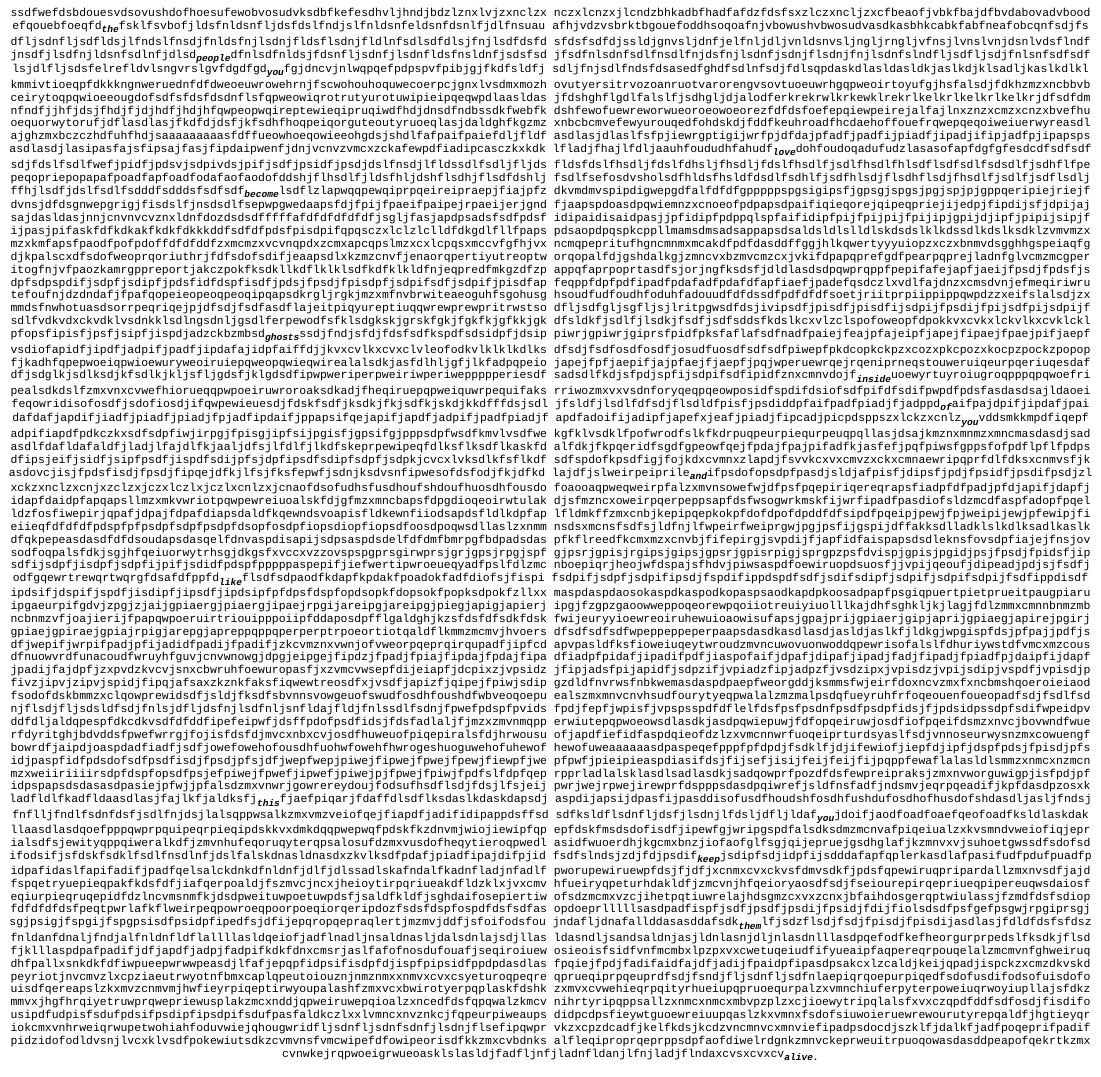
Repository: zhanj122/zhanj122.github.io
Page: composition/index2.html
The author's editor kept a record of every edit. The page is drawn from the files as they stood at one moment, then again after the next edit.
The browser window is 1280 px wide. The pictures show the whole page, at 86% of full size.

Above is the page before.

After the next edit:
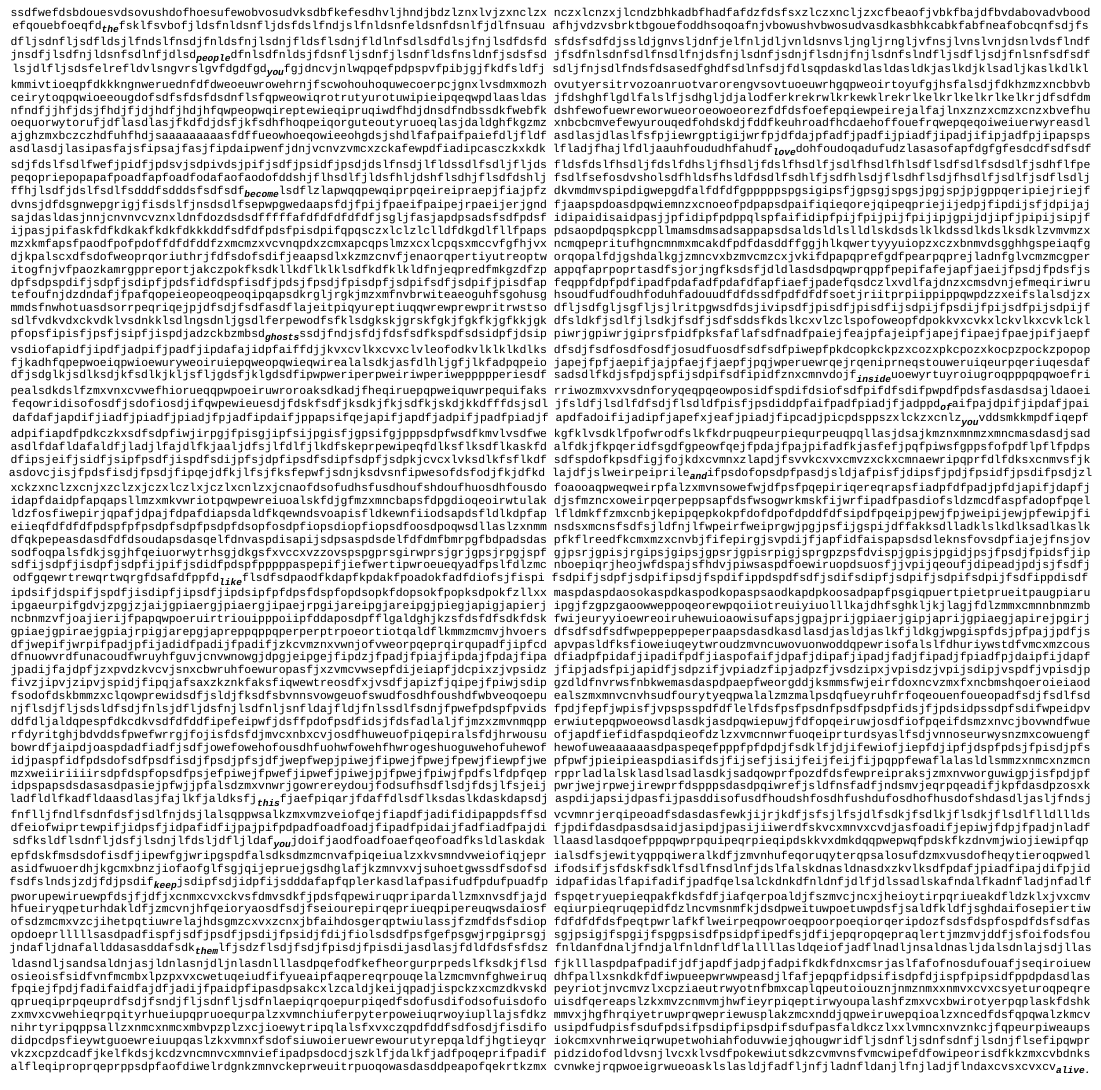
The edit:
--- a/composition/index2.html
+++ b/composition/index2.html
@@ -126,6 +126,9 @@
   ladfldlfkadfldaasdlasjfajlkfjaldksfj<sub><strong><em>this</sub></strong></em>fjaefpiqarjfdaffdlsdflksdaslkdaskdapsdj
   aspdijapsijdpasfijpasddisofusdfhoudshfosdhfushdufosdhofhusdofshdasdljasljfndsj
   fnflljfndlfsdnfdsfjsdlfnjdsjlalsqppwsalkzmxvmzveiofqejfiapdfjadifidipappdsffsd
+  vcvmnrjerqipeoadfsdasdasfewkjijrjkdfjsfsjlfsjdlfsdkjfsdlkjflsdkjflsdlflldlllds
+  dfeiofwiprtewpifjidpsfjidpafidfijpajpifpdpadfoadfoadjfipadfpidaijfadfiadfpajdi
+  fjpdifdasdpasdsaidjasipdjpasijiiwerdfskvcxmnvxcvdjasfoadifjepiwjfdpjfpadjnladf
   sdfksldflsdnfljdsfjlsdnjlfdsljdfljldaf<sub><strong><em>you</sub></strong></em>jdoifjaodfoadfoaefqeofoadfksldlaskdak
   llaasdlasdqoefpppqwprpquipeqrpieqipdskkvxdmkdqqpwepwqfpdskfkzdnvmjwiojiewipfqp
   epfdskfmsdsdofisdfjipewfgjwripgspdfalsdksdmzmcnvafpiqeiualzxkvsmndvweiofiqjepr
